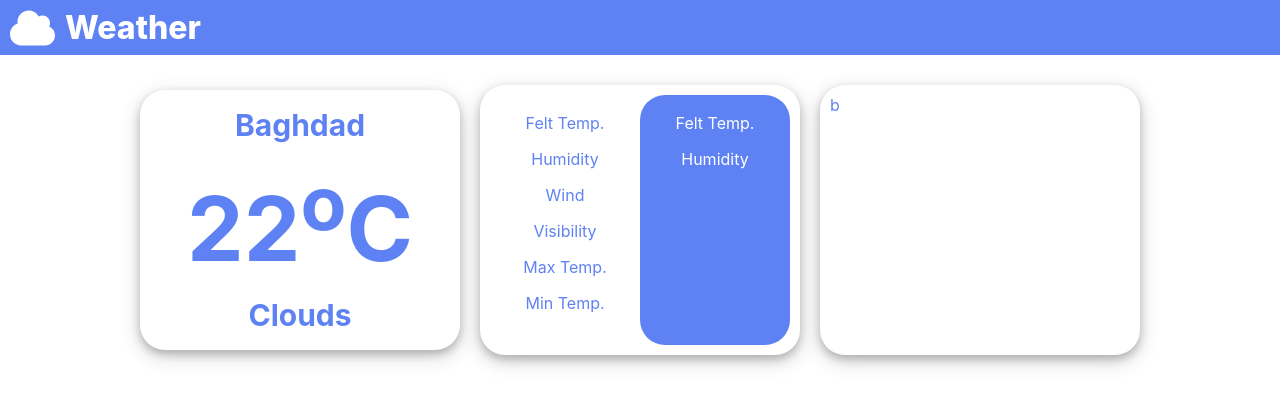
Repository: ahmedazawi/weather-app
Page: /
An editor plug-in stored every save of this project. The page is shown before and after the next save, followed by the edit.
The browser window is 1280 px wide. The pictures show the whole page.
The project was rebuilt for these pictures with package versions that can differ from the ones it lists, and the page was loaded fresh each time.

Above is the page before, as saved 2022-11-29 21:57:51.

After the next save:
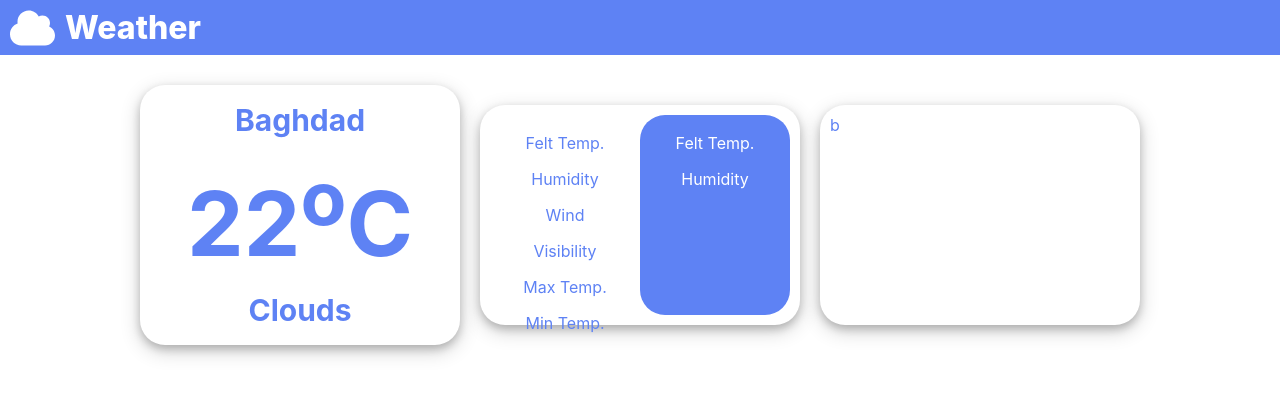
Saved 9 s later.
--- a/src/assets/css/details.css
+++ b/src/assets/css/details.css
@@ -18,7 +18,7 @@
 }
 .big-cards > div {
   width: 300px;
-  height: 250px;
+  height: 200px;
   background-color: white;
   padding: 10px;
   border-radius: var(--borderRadius);

After the save that followed:
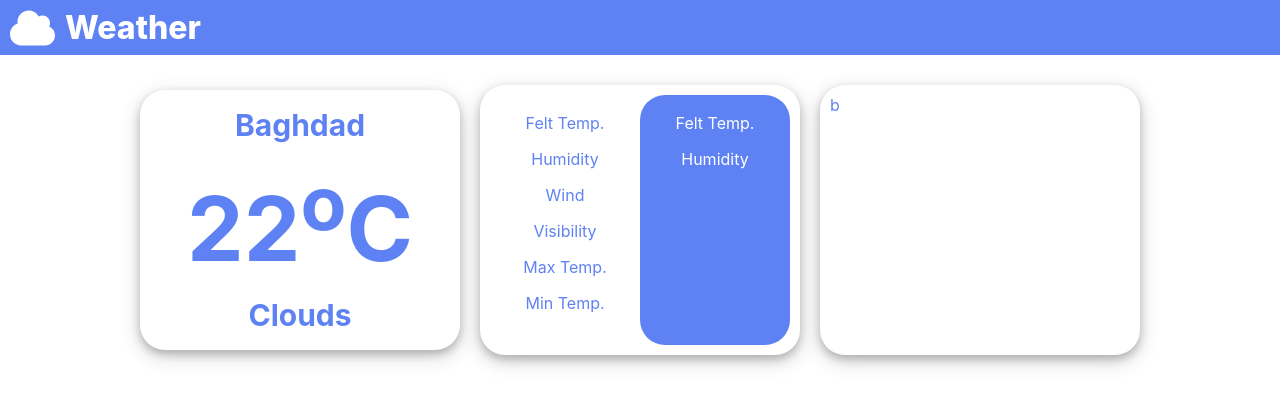
Saved 4 s later.
--- a/src/assets/css/details.css
+++ b/src/assets/css/details.css
@@ -18,7 +18,7 @@
 }
 .big-cards > div {
   width: 300px;
-  height: 200px;
+  height: 250px;
   background-color: white;
   padding: 10px;
   border-radius: var(--borderRadius);
